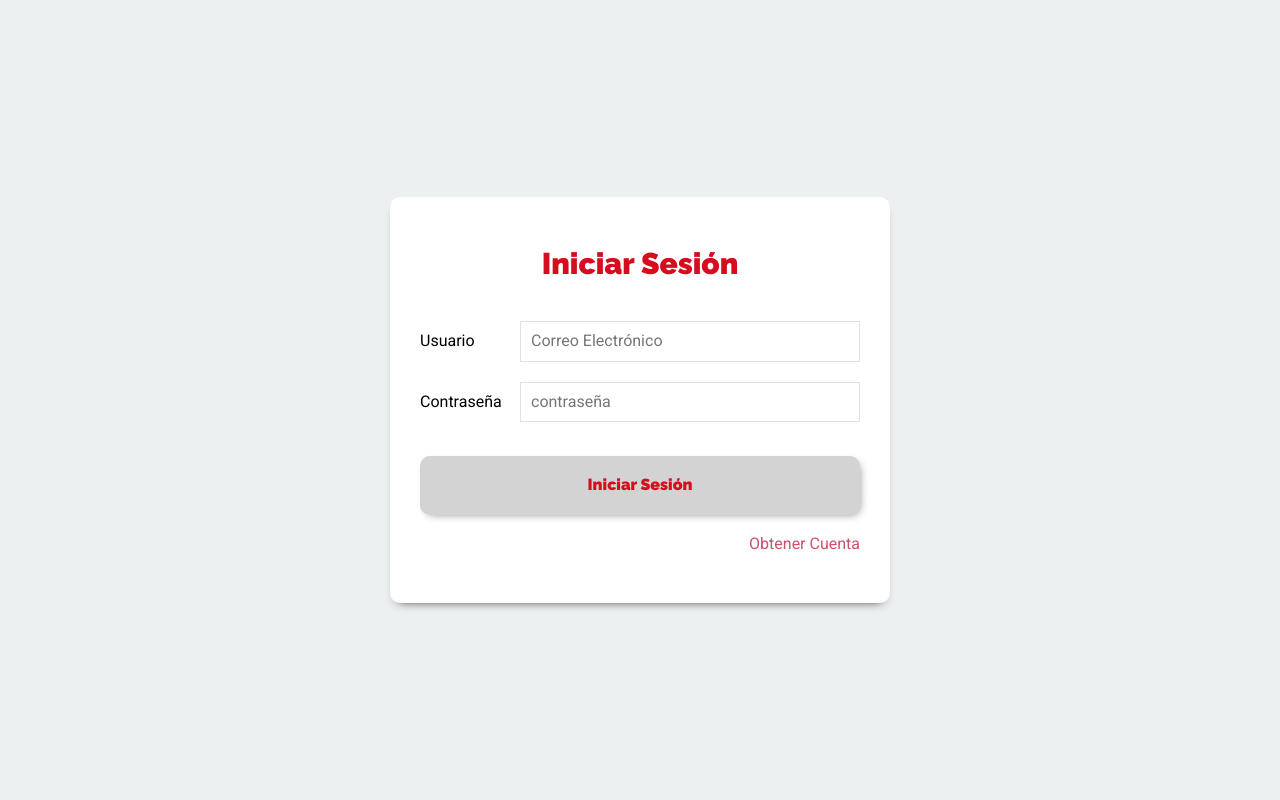
Repository: andrescovarrubias/admin-proyectos
Page: / (app in cliente/)
An editor plug-in stored every save of this project. The page is shown before and after the next save, followed by the edit.
The browser window is 1280 px wide. The pictures show the whole page.
The pointer rests on the first visible `.btn-primario`.
The project was rebuilt for these pictures with package versions that can differ from the ones it lists, and the page was loaded fresh each time. Also part of the build but not shown: cliente/src/components/auth/NuevaCuenta.jsx, cliente/src/components/proyectos/NuevoProyecto.jsx, cliente/src/components/layout/SideBar.jsx, cliente/src/components/proyectos/Proyectos.jsx.

Above is the page before, as saved 2020-10-31 17:56:01.

After the next save:
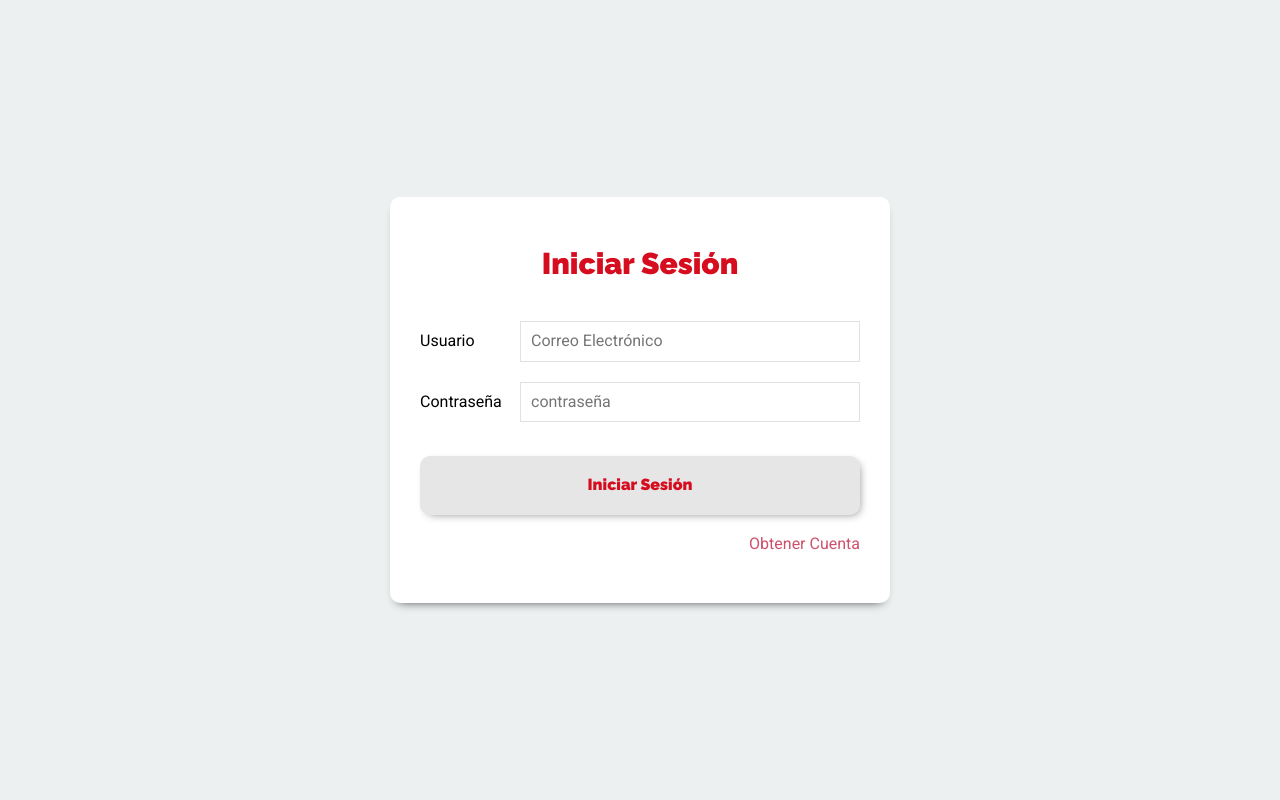
Saved 15 s later.
--- a/cliente/src/index.css
+++ b/cliente/src/index.css
@@ -78,7 +78,7 @@ a {
   color: var(--rojo);
 }
 .btn-primario:hover {
-  background: lightgray;
+  background: rgb(230, 230, 230);
   /* color: var(--blanco); */
 }
 .btn-secundario {
